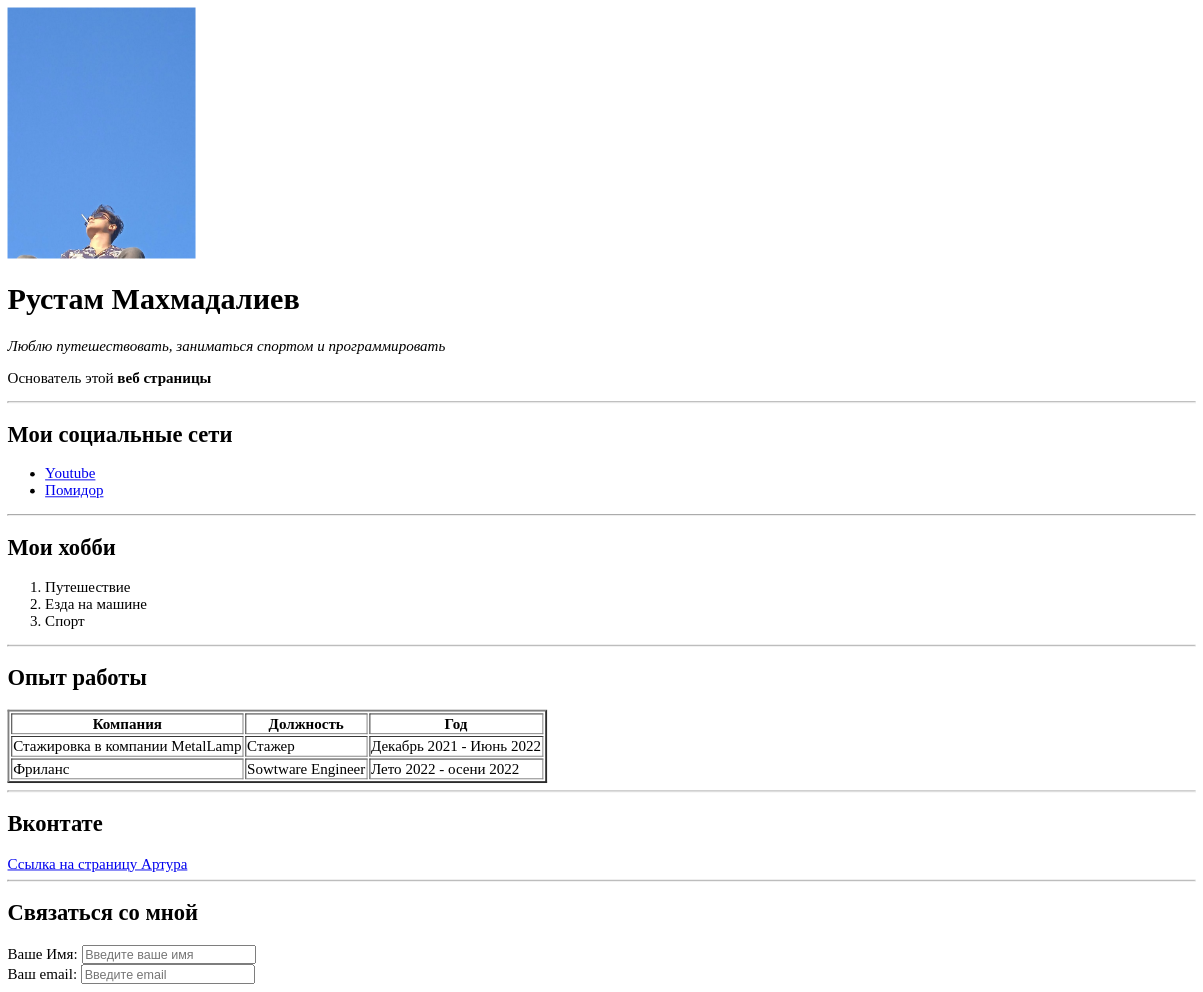
Repository: RustamMakh/html
Page: index.html
The author's editor kept a copy of each file at every save. The page is drawn from the files as they stood at one save, then again after the next save.
The browser window is 1280 px wide. The pictures show the whole page, at 94% of full size.

Above is the page before, as saved 2022-06-08 18:30:41.

### index.html
<!DOCTYPE html>
<html lang="ru">
<head>
    <meta charset="UTF-8">
    <meta http-equiv="X-UA-Compatible" content="IE=edge">
    <meta name="viewport" content="width=device-width, initial-scale=1.0">
    <title>Rustam resume</title>
</head>

  <img src="avatar.jpg" alt="Тут моя фотка" width="200">
  <h1>Рустам Махмадалиев</h1>
  <p><em>Люблю путешествовать, заниматься спортом и программировать</em></p>
  <p>Основатель этой <strong>веб страницы</strong></p>
  <hr>

  <h2>Мои социальные сети</h2>
  <ul>
      <li> <a href="https://www.youtube.com/watch?v=DOEtVdkKwcU" target="_blank">Youtube </a></li>
      <li> <a href="https://bakunin.com/pomidor/" target="_blank">Помидор </a></li>
    </ul>
    <hr>

  <h2>Мои хобби</h2>
  <ol>
      <li>Путешествие</li>
      <li>Езда на машине</li>
      <li>Спорт</li>
  </ol>
  <hr>

  <h2>Опыт работы</h2>
  <table border="2">
    <tr>
      <th>Компания</th>
      <th>Должность</th>
      <th>Год</th>
    </tr>
    <tr>
      <td>Стажировка в компании MetalLamp</td>
      <td>Стажер</td>
      <td>Декабрь 2021 - Июнь 2022</td>
    </tr>
    <tr>
      <td>Фриланс</td>
      <td>Sowtware Engineer</td>
      <td>Лето 2022 - осени 2022</td>
    </tr>
  </table>
  <hr>

  <h2>Вконтате</h3>
  <a href="Вконтакте.html">Ссылка на страницу Артура</a>
  <hr>

  <h2>Связаться со мной</h2>
  <form action="/"
  <label for="name">Ваше Имя:</label>
  <input type="text" id="name" placeholder="Введите ваше имя">
<br>
  <label for="email">Ваш email:</label>
  <input type="email" id="email" placeholder="Введите email">
</body>
</html>

After the next save:
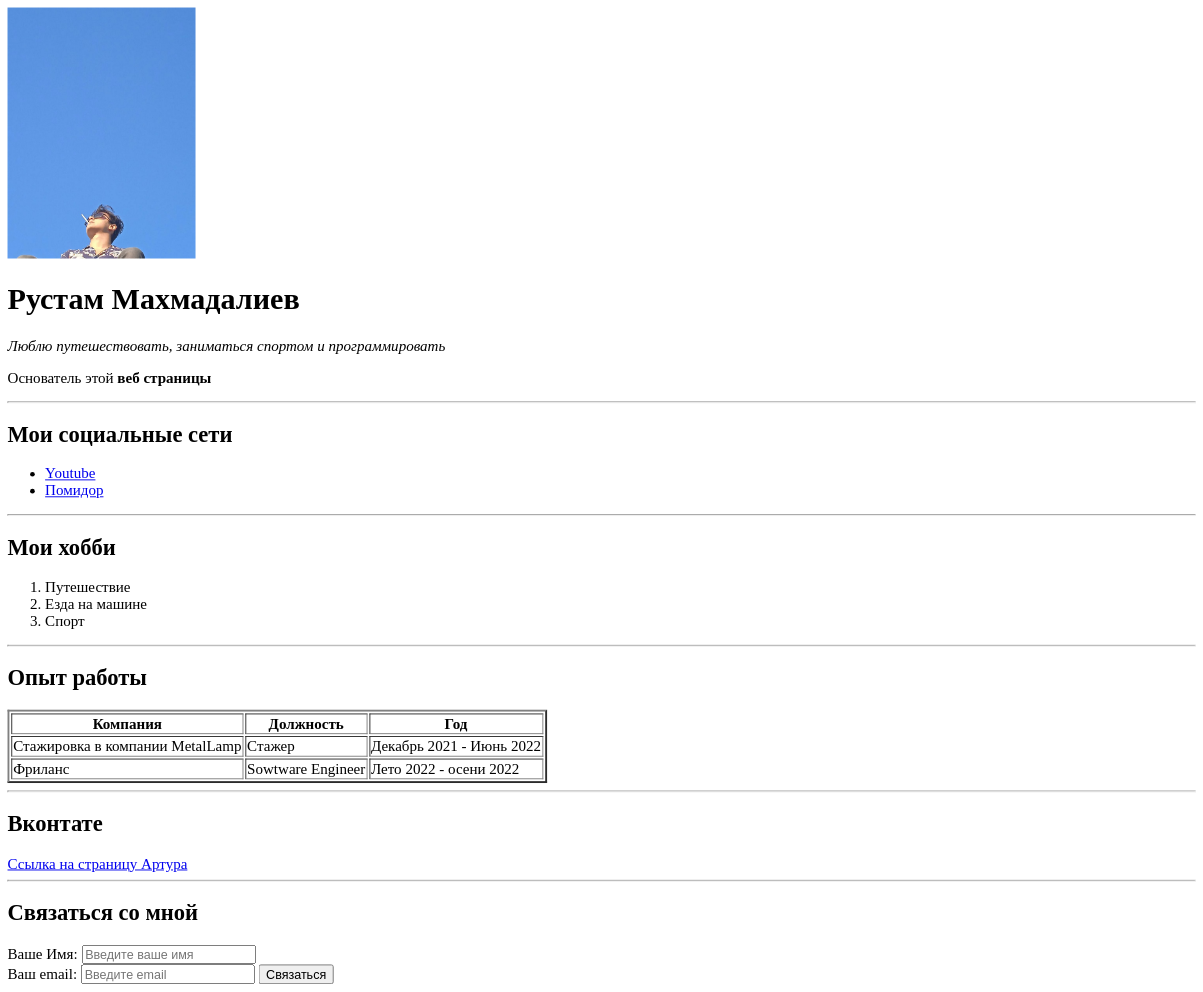
Saved 101 s later.
--- a/index.html
+++ b/index.html
@@ -59,5 +59,7 @@
 <br>
   <label for="email">Ваш email:</label>
   <input type="email" id="email" placeholder="Введите email">
+
+  <input type="submit" value="Связаться">
 </body>
 </html>
